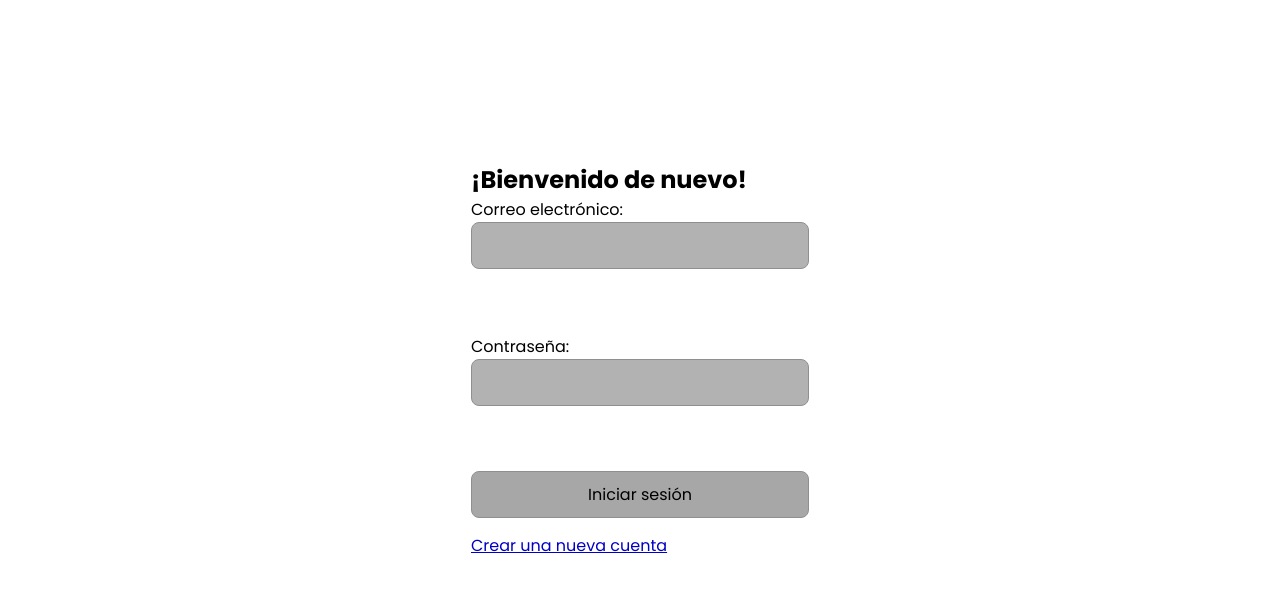
Repository: ct24paolagonzalez/Maquetacion-ABA
Page: Nueva carpeta/login.html
An editor plug-in stored every save of this project. The page is shown before and after the next save, followed by the edit.
The browser window is 1280 px wide. The pictures show the whole page.

Above is the page before, as saved 2025-01-24 16:17:28.

After the next save:
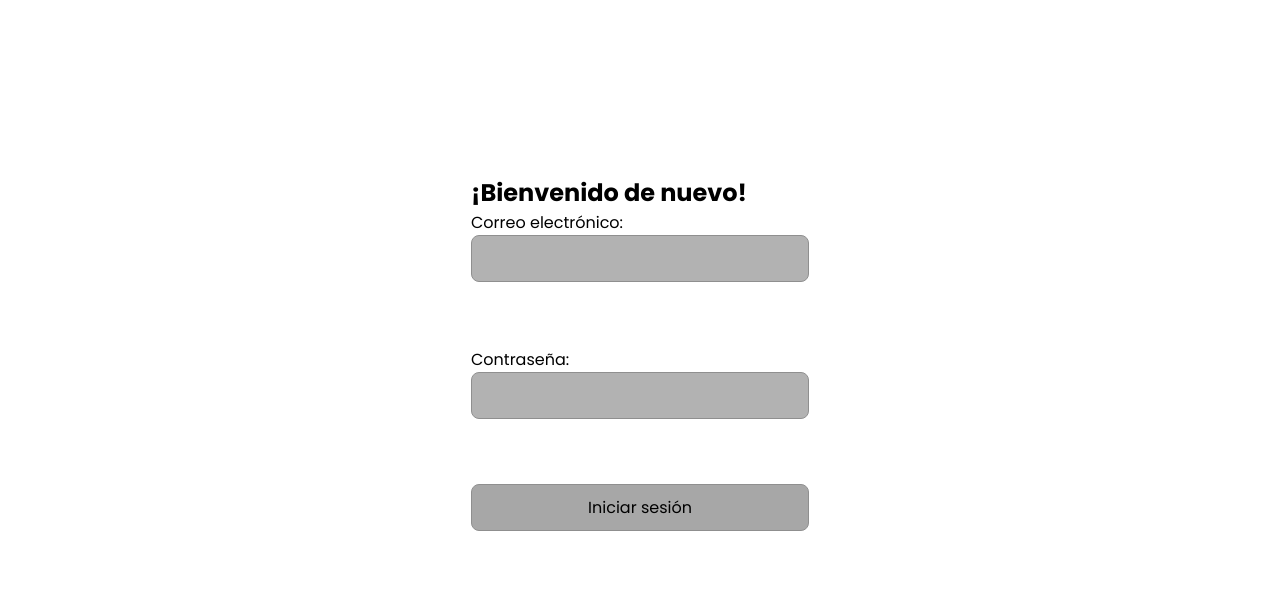
Saved 84 s later.
--- a/Nueva carpeta/login.html
+++ b/Nueva carpeta/login.html
@@ -137,7 +137,7 @@
 
           <input type="submit" id="btn-login" value="Iniciar sesión">
       </form>
-    <a href="crearcuenta.html">Crear una nueva cuenta</a>
+    <a href="crearcuenta
   </section>
 
 </body>
